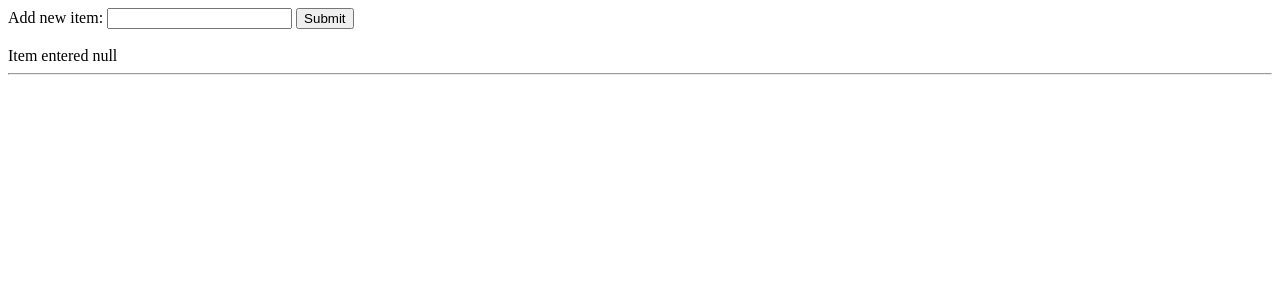
Repository: AshrafPatel/JavaEE
Page: http://localhost/JavaEEWeb/todo.jsp
These files come from the project's save history. The page is drawn as it stood at one moment and after the next save; the edit follows.
The browser window is 1280 px wide. The pictures show the whole page.
The page is served by Tomcat 9.

Above is the page before, as saved 2021-11-12 19:41:38.

After the next save:
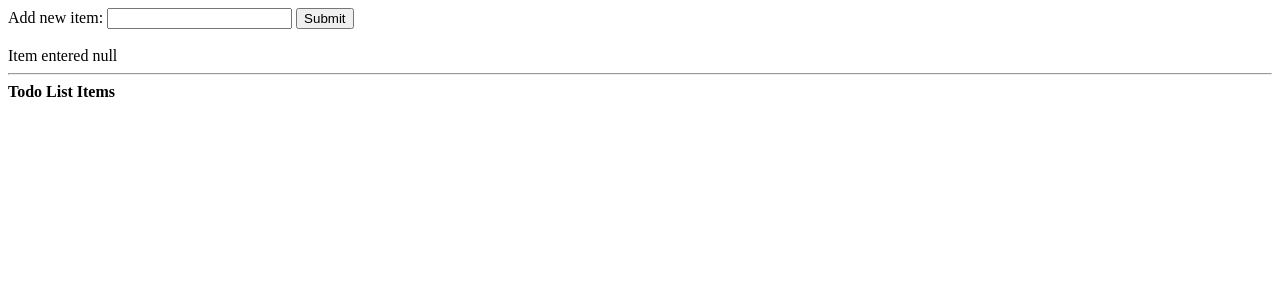
Saved 48 s later.
--- a/JavaEEWeb/src/main/webapp/todo.jsp
+++ b/JavaEEWeb/src/main/webapp/todo.jsp
@@ -30,6 +30,8 @@
 		}
 	%>
 	<hr>
+	<b>Todo List Items</b>
+	<br>
 
 
 </body>
